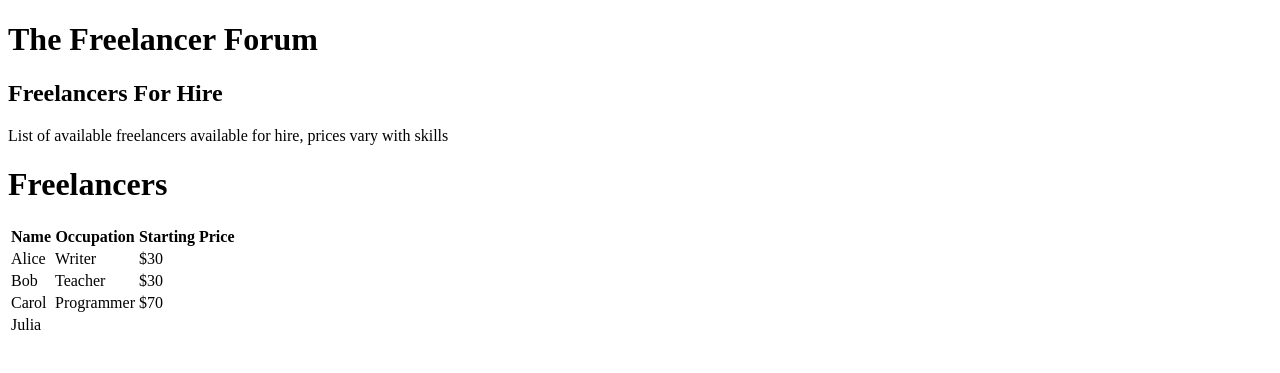
Repository: MelindaN14/Unit2.FreelancerForum
Page: forum/app.html
These files come from the project's save history. The page is drawn as it stood at one moment and after the next save; the edit follows.
The browser window is 1280 px wide. The pictures show the whole page.

Above is the page before, as saved 2024-04-10 21:31:13.

After the next save:
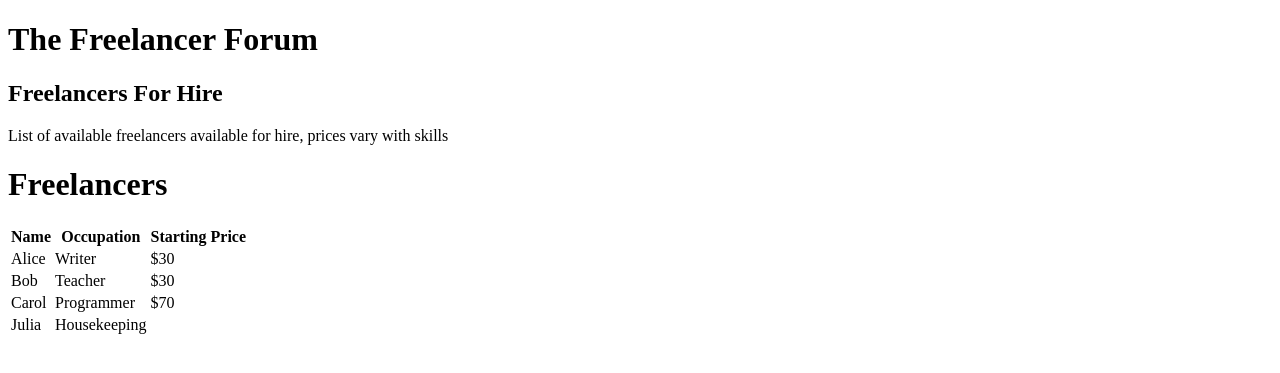
Saved 28 s later.
--- a/forum/app.html
+++ b/forum/app.html
@@ -39,7 +39,7 @@
       </tr>
       <tr>
         <td>Julia</td>
-        <td></td>
+        <td>Housekeeping</td>
         <td></td>
       </tr>
     </table>
